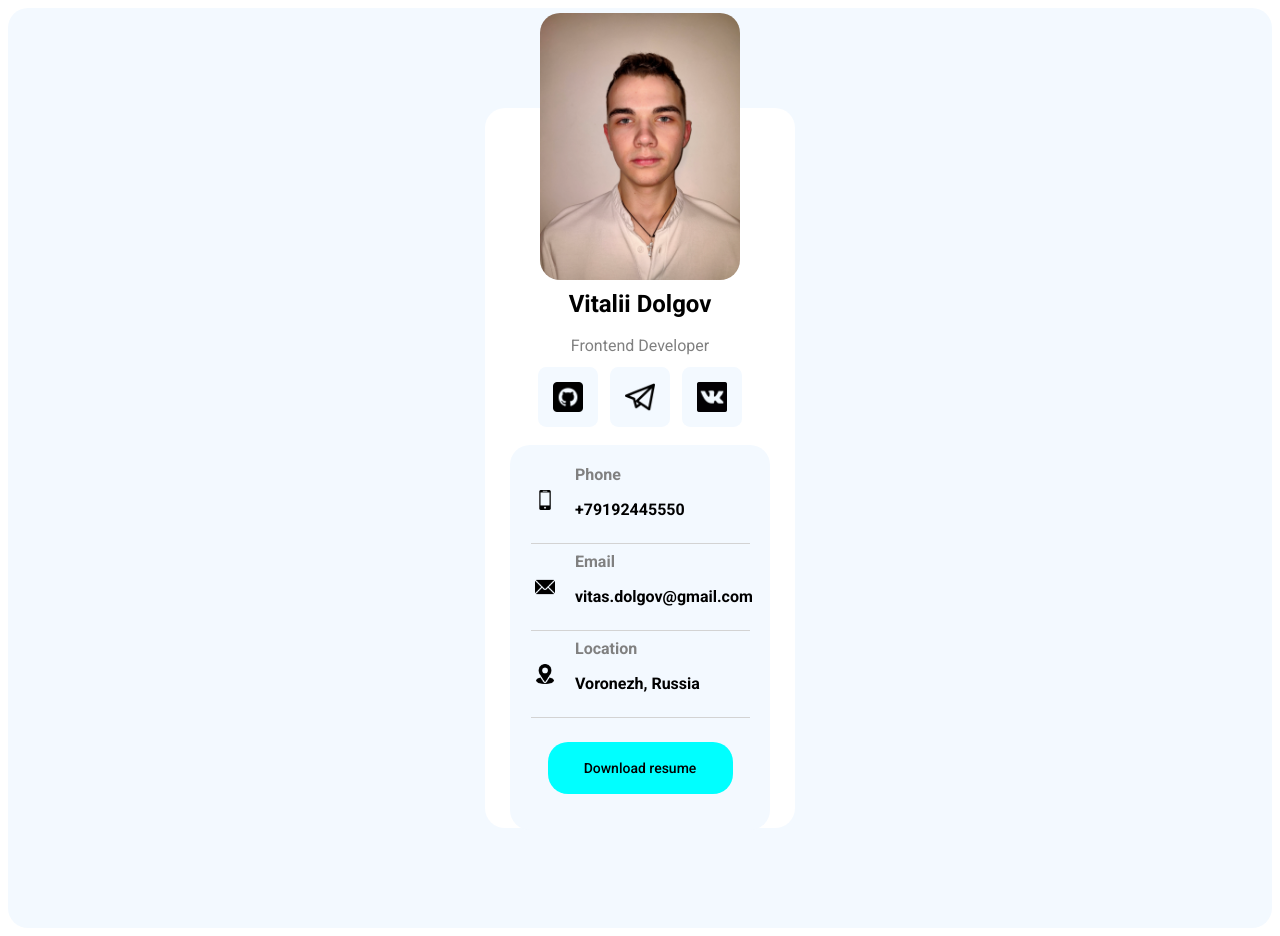
Repository: VitasYo/User_card
Page: src/index.html
An editor plug-in stored every save of this project. The page is shown before and after a run of saves, followed by the edit.
The browser window is 1280 px wide. The pictures show the whole page.

Above is the page before, as saved 2024-04-10 00:50:39.

### src/index.html
<!DOCTYPE html>
<html lang="ru">
  <head>
    <meta charset="UTF-8" />
    <meta name="viewport" content="width=device-width, initial-scale=1.0" />
    <title>First html</title>
    <link rel="stylesheet" href="../assets/css/index.css" />
    <script src="script.js"></script>
  </head>
  <body>
    <section class="container">
      <div class="container_card">
        <img class="avatar" src="../assets/img/Фото.jpg" alt="" />
        <div class="user-info">
          <h1>Vitalii Dolgov</h1>
          <div class="position">Frontend Developer</div>
        </div>
        <div>
          <a href="https://github.com/VitasYo"
            ><img class="icon" src="../assets/img/github.png" alt="github"
          /></a>
          <a href="https://t.me/vitasyo"
            ><img class="icon" src="../assets/img/telegram.png" alt="telegram"
          /></a>
          <a href="https://vk.com/vitasyo"
            ><img class="icon" src="../assets/img/vk.png" alt="vk"
          /></a>
        </div>
        <div class="items_card">
          <div class="items_string">
            <img class="card_icon" src="../assets/img/phone.png" />
            <div class="card_info">
              <div><h4>Phone</h4></div>
              <div><p>+79192445550</p></div>
            </div>
          </div>
          <hr class="stripe" noshade width="217" size="1" color="lightgrey">
          <div class="items_string">
            <img class="card_icon" src="../assets/img/email.png" />
            <div class="card_info">
              <div><h4>Email</h4></div>
              <div><p>vitas.dolgov@gmail.com</p></div>
            </div>
          </div>
          <hr class="stripe" noshade width="217" size="1" color="lightgrey">
          <div class="items_string">
            <img class="card_icon" src="../assets/img/location.png" />
            <div class="card_info">
              <div><h4>Location</h4></div>
              <div><p>Voronezh, Russia</p></div>
            </div>
          </div>
          <hr class="stripe" noshade width="217" size="1" color="lightgrey">
          <button class="button">Download resume</button>
        </div>
      </div>
    </section>
  </body>
</html>

### assets/css/index.css
@import url("https://fonts.googleapis.com/css2?family=Roboto:ital,wght@0,100;0,300;0,400;0,500;0,700;0,900;1,100;1,300;1,400;1,500;1,700;1,900&display=swap");
* {
  font-family: "Roboto", sans-serif;
}

.container h1 {
  margin-top: 10px;
  margin-bottom: 0;
}

.container h4 {
  margin-top: 0;
  margin-bottom: 0;
  color: gray;
}

.container p {
  font-weight: bold;
}

.container {
  display: flex;
  flex-direction: column;
  align-items: center;
  background-color: rgb(243, 249, 255);
  border-radius: 20px;
  height: 920px;
  justify-content: center;
}

.container_card {
  display: flex;
  flex-direction: column;
  align-items: center;
  background-color: white;
  border-radius: 20px;
  width: 310px;
  height: 720px;
}

.position {
  color: gray;
  margin-top: 8px;
}

.avatar {
  margin-top: -95px;
  width: 200px;
  height: 270px;
  border-radius: 20px;
}

.user-info {
  margin-bottom: 8px;
  display: flex;
  flex-direction: column;
  align-items: center;
  gap: 10px;
}

.icon {
  width: 30px;
  height: 30px;
  padding: 15px;
  background-color: rgb(243, 249, 255);
  border-radius: 8.27px;
  margin: 4px;
}

.items_card {
  background-color: rgb(243, 249, 255);
  border-radius: 20px;
  width: 260px;
  padding: 20px 0;
  margin: 10px 0;
  align-items: center;
  display: flex;
  flex-direction: column;
}

.items_string {
  justify-content: center;
  align-items: center;
  display: flex;
  border-bottom: 1px;
  border-width: 1px;
}

.card_icon {
  width: 20px;
  height: 20px;
  padding: 0 10px;
}

.card_info {
  margin-left: 10px;
  font-size: 16px;
  width: 180px;
}

.button {
  margin: 16px 0;
  background-color: aqua;
  border-radius: 20px;
  border-width: 0;
  width: 185px;
  height: 52px;
  font-size: 14px;
  font-weight: 420;
  cursor: pointer;
}

Loaded but not shown: src/script.js (no stored copy; drawn as an empty file)

After the next 2 saves:
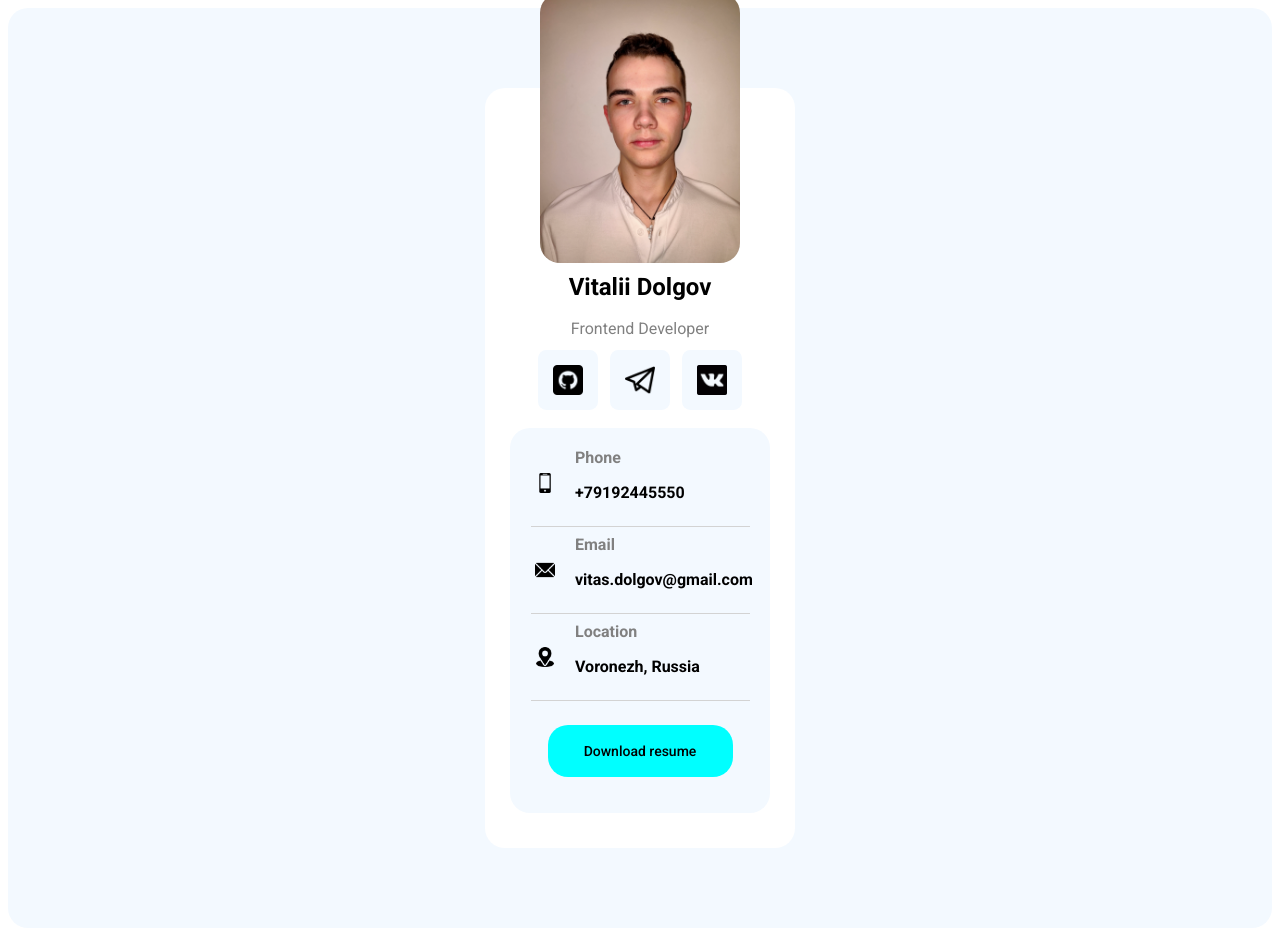
The 2 saves are shown as one change because they came seconds apart.
The last was saved 8 s later.
--- a/assets/css/index.css
+++ b/assets/css/index.css
@@ -35,7 +35,7 @@
   background-color: white;
   border-radius: 20px;
   width: 310px;
-  height: 720px;
+  height: 760px;
 }
 
 .position {
